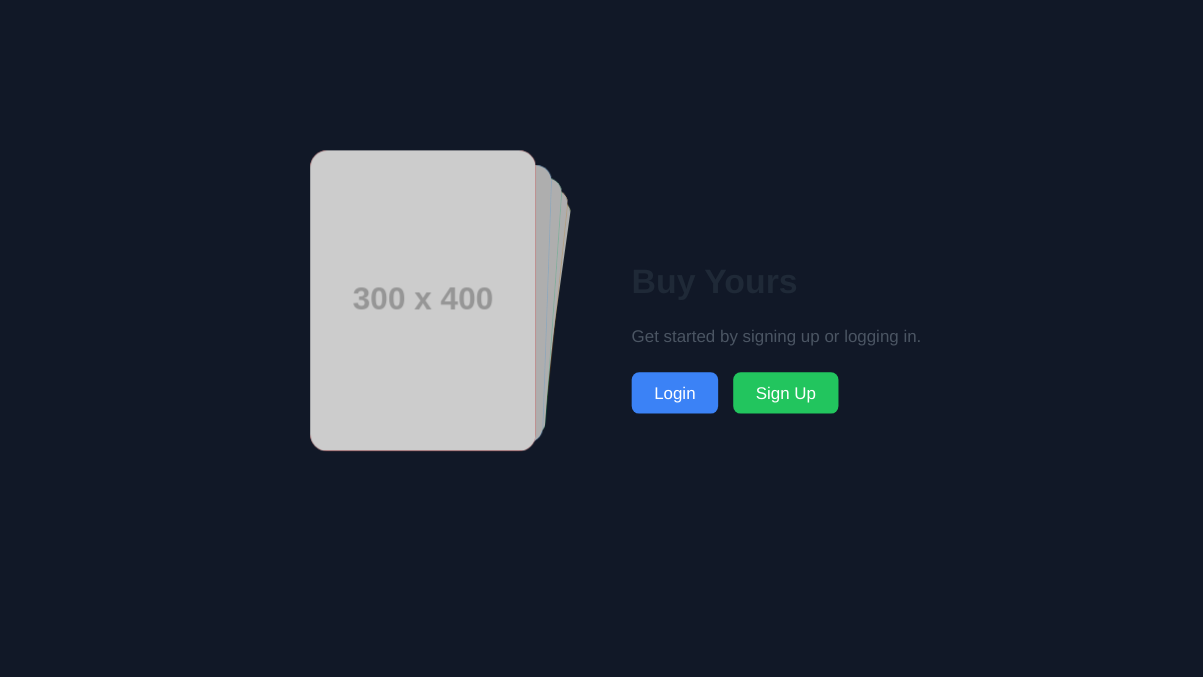
Repository: prathyushaa5/BuyYours
Page: / (app in Frontend/)
The author's editor kept a copy of each file at every save. The page is drawn from the files as they stood at one save, then again after the next save.
The browser window is 1280 px wide. The pictures show the whole page, at 94% of full size.
The project was rebuilt for these pictures with package versions that can differ from the ones it lists, and the page was loaded fresh each time. Also part of the build but not shown: Frontend/vite.config.js, Frontend/src/components/Login.jsx, Frontend/src/components/Signup.jsx, Frontend/src/components/Home.jsx.

Above is the page before, as saved 2025-02-13 16:11:05.

### Frontend/src/App.jsx
import { BrowserRouter as Router, Routes, Route } from "react-router-dom";
import { useState } from "react";
import Main from "./components/Main";
import Login from "./components/Login";
import Signup from "./components/Signup";
import Home from "./components/Home";

export default function App() {
  const [token, setToken] = useState(null);

  const handleLogin = (userToken) => {
    setToken(userToken);
  };

  return (
    <Router>
      <Routes>
        {/* Show Main page first */}
        <Route path="/" element={<Main />} />

        {/* Login Page */}
        <Route path="/login" element={<Login onLogin={handleLogin} />} />

        {/* Signup Page */}
        <Route path="/signup" element={<Signup />} />

        {/* Home Page (Protected) */}
        <Route path="/home" element={token ? <Home /> : <Login onLogin={handleLogin} />} />
      </Routes>
    </Router>
  );
}

### Frontend/src/components/Main.jsx
import { useNavigate } from "react-router-dom";
import { Swiper, SwiperSlide } from "swiper/react";
import { EffectCards } from "swiper/modules";
import "swiper/css";
import "swiper/css/effect-cards";
import "../style.css";

export default function Main() {
  const navigate = useNavigate();

  return (
    <div className="flex items-center justify-center min-h-screen bg-gray-900 p-6">
      {/* Left: Swiper Section */}
      <div className="w-[300px] h-[400px] mr-12"> {/* Increased card size */}
        <Swiper
          effect={"cards"}
          grabCursor={true}
          modules={[EffectCards]}
          className="mySwiper"
        >
          <SwiperSlide>
            <img src="https://via.placeholder.com/300x400" alt="Slide 1" className="w-full h-full object-cover rounded-lg" />
          </SwiperSlide>
          <SwiperSlide>
            <img src="https://via.placeholder.com/300x400" alt="Slide 2" className="w-full h-full object-cover rounded-lg" />
          </SwiperSlide>
          <SwiperSlide>
            <img src="https://via.placeholder.com/300x400" alt="Slide 3" className="w-full h-full object-cover rounded-lg" />
          </SwiperSlide>
          <SwiperSlide>
            <img src="https://via.placeholder.com/300x400" alt="Slide 4" className="w-full h-full object-cover rounded-lg" />
          </SwiperSlide>
          <SwiperSlide>
            <img src="https://via.placeholder.com/300x400" alt="Slide 5" className="w-full h-full object-cover rounded-lg" />
          </SwiperSlide>
        </Swiper>
      </div>

      {/* Right: Welcome Text & Buttons */}
      <div className="flex flex-col items-start ml-6">
        <h1 className="text-4xl font-extrabold text-gray-800 mb-6">
          Buy Yours
        </h1>
        <p className="text-lg text-gray-600 mb-6">
          Get started by signing up or logging in.
        </p>

        <div className="flex space-x-4">
          <button
            onClick={() => navigate("/login")}
            className="px-6 py-2 bg-blue-500 text-white text-lg rounded-lg hover:bg-blue-600 transition"
          >
            Login
          </button>
          <button
            onClick={() => navigate("/signup")}
            className="px-6 py-2 bg-green-500 text-white text-lg rounded-lg hover:bg-green-600 transition"
          >
            Sign Up
          </button>
        </div>
      </div>
    </div>
  );
}

### Frontend/src/style.css
#app { height: 100% }
html,
body {
  position: relative;
  height: 100%;
}

body {
  background: #eee;
  font-family: Helvetica Neue, Helvetica, Arial, sans-serif;
  font-size: 14px;
  color: #000;
  margin: 0;
  padding: 0;
}

body {
  background: #fff;
  font-family: Helvetica Neue, Helvetica, Arial, sans-serif;
  font-size: 14px;
  color: #000;
  margin: 0;
  padding: 0;
}

html,
body {
  position: relative;
  height: 100%;
}

#app {
  display: flex;
  justify-content: center;
  align-items: center;
}

.swiper {
  width: 240px;
  height: 320px;
}

.swiper-slide {
  display: flex;
  align-items: center;
  justify-content: center;
  border-radius: 18px;
  font-size: 22px;
  font-weight: bold;
  color: #fff;
}

.swiper-slide:nth-child(1n) {
  background-color: rgb(206, 17, 17);
}

.swiper-slide:nth-child(2n) {
  background-color: rgb(0, 140, 255);
}

.swiper-slide:nth-child(3n) {
  background-color: rgb(10, 184, 111);
}

.swiper-slide:nth-child(4n) {
  background-color: rgb(211, 122, 7);
}

.swiper-slide:nth-child(5n) {
  background-color: rgb(118, 163, 12);
}

.swiper-slide:nth-child(6n) {
  background-color: rgb(180, 10, 47);
}

.swiper-slide:nth-child(7n) {
  background-color: rgb(35, 99, 19);
}

.swiper-slide:nth-child(8n) {
  background-color: rgb(0, 68, 255);
}

.swiper-slide:nth-child(9n) {
  background-color: rgb(218, 12, 218);
}

.swiper-slide:nth-child(10n) {
  background-color: rgb(54, 94, 77);
}

Loaded but not shown: Frontend/index.html (common file); Frontend/src/main.jsx (common file); Frontend/src/index.css (common file); Frontend/tailwind.config.js (common file)

After the next save:
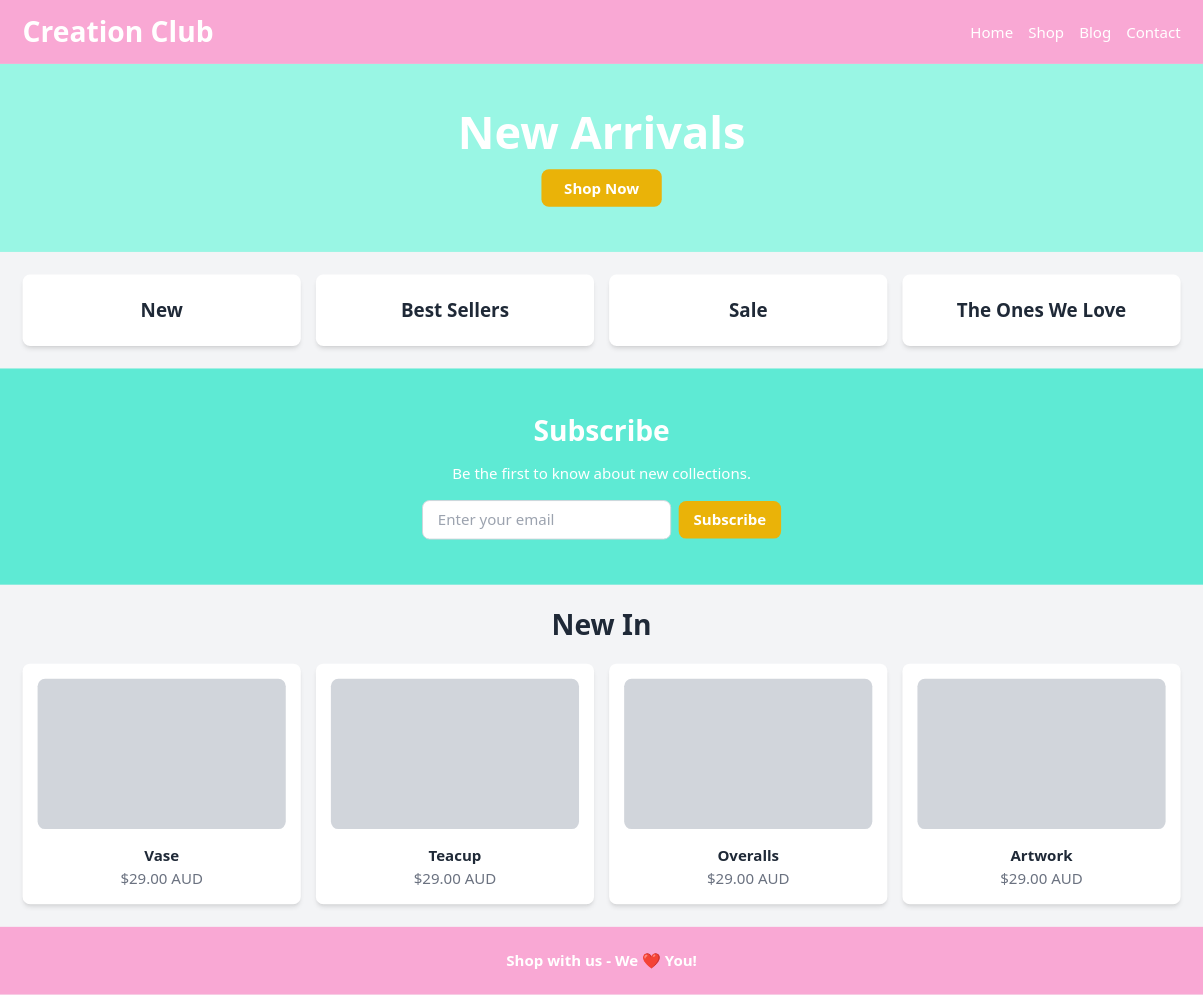
Saved 9 min 45 s later.
--- a/Frontend/src/components/Main.jsx
+++ b/Frontend/src/components/Main.jsx
@@ -1,65 +1,60 @@
-import { useNavigate } from "react-router-dom";
-import { Swiper, SwiperSlide } from "swiper/react";
-import { EffectCards } from "swiper/modules";
-import "swiper/css";
-import "swiper/css/effect-cards";
-import "../style.css";
+import React from "react";
 
-export default function Main() {
-  const navigate = useNavigate();
+export default function MainPage() {
+  return (
+    <div className="bg-gray-100 min-h-screen text-gray-800">
+      {/* Navbar */}
+      <nav className="bg-pink-300 py-4 px-6 flex justify-between items-center">
+        <h1 className="text-3xl font-bold text-white">Creation Club</h1>
+        <div className="flex space-x-4">
+          <a href="#" className="text-white">Home</a>
+          <a href="#" className="text-white">Shop</a>
+          <a href="#" className="text-white">Blog</a>
+          <a href="#" className="text-white">Contact</a>
+        </div>
+      </nav>
 
-  return (
-    <div className="flex items-center justify-center min-h-screen bg-gray-900 p-6">
-      {/* Left: Swiper Section */}
-      <div className="w-[300px] h-[400px] mr-12"> {/* Increased card size */}
-        <Swiper
-          effect={"cards"}
-          grabCursor={true}
-          modules={[EffectCards]}
-          className="mySwiper"
-        >
-          <SwiperSlide>
-            <img src="https://via.placeholder.com/300x400" alt="Slide 1" className="w-full h-full object-cover rounded-lg" />
-          </SwiperSlide>
-          <SwiperSlide>
-            <img src="https://via.placeholder.com/300x400" alt="Slide 2" className="w-full h-full object-cover rounded-lg" />
-          </SwiperSlide>
-          <SwiperSlide>
-            <img src="https://via.placeholder.com/300x400" alt="Slide 3" className="w-full h-full object-cover rounded-lg" />
-          </SwiperSlide>
-          <SwiperSlide>
-            <img src="https://via.placeholder.com/300x400" alt="Slide 4" className="w-full h-full object-cover rounded-lg" />
-          </SwiperSlide>
-          <SwiperSlide>
-            <img src="https://via.placeholder.com/300x400" alt="Slide 5" className="w-full h-full object-cover rounded-lg" />
-          </SwiperSlide>
-        </Swiper>
+      {/* Hero Section */}
+      <section className="flex flex-col items-center text-center py-12 bg-teal-200">
+        <h2 className="text-5xl font-extrabold text-white mb-4">New Arrivals</h2>
+        <button className="bg-yellow-500 px-6 py-2 text-white font-bold rounded-lg hover:bg-yellow-600">Shop Now</button>
+      </section>
+
+      {/* Categories */}
+      <div className="grid grid-cols-2 md:grid-cols-4 gap-4 p-6">
+        {['New', 'Best Sellers', 'Sale', 'The Ones We Love'].map((category, index) => (
+          <div key={index} className="bg-white p-6 text-center rounded-lg shadow-md font-bold text-xl">
+            {category}
+          </div>
+        ))}
       </div>
 
-      {/* Right: Welcome Text & Buttons */}
-      <div className="flex flex-col items-start ml-6">
-        <h1 className="text-4xl font-extrabold text-gray-800 mb-6">
-          Buy Yours
-        </h1>
-        <p className="text-lg text-gray-600 mb-6">
-          Get started by signing up or logging in.
-        </p>
+      {/* Subscribe Section */}
+      <section className="bg-teal-300 text-center py-12">
+        <h3 className="text-3xl font-extrabold text-white mb-4">Subscribe</h3>
+        <p className="text-white">Be the first to know about new collections.</p>
+        <input type="email" placeholder="Enter your email" className="mt-4 px-4 py-2 rounded-lg border border-gray-300" />
+        <button className="ml-2 bg-yellow-500 px-4 py-2 text-white font-bold rounded-lg hover:bg-yellow-600">Subscribe</button>
+      </section>
 
-        <div className="flex space-x-4">
-          <button
-            onClick={() => navigate("/login")}
-            className="px-6 py-2 bg-blue-500 text-white text-lg rounded-lg hover:bg-blue-600 transition"
-          >
-            Login
-          </button>
-          <button
-            onClick={() => navigate("/signup")}
-            className="px-6 py-2 bg-green-500 text-white text-lg rounded-lg hover:bg-green-600 transition"
-          >
-            Sign Up
-          </button>
+      {/* Products */}
+      <section className="p-6">
+        <h3 className="text-3xl font-bold text-center mb-6">New In</h3>
+        <div className="grid grid-cols-2 md:grid-cols-4 gap-4">
+          {["Vase", "Teacup", "Overalls", "Artwork"].map((product, index) => (
+            <div key={index} className="bg-white p-4 rounded-lg shadow-md text-center">
+              <div className="bg-gray-300 h-40 rounded-lg mb-4"></div>
+              <p className="font-bold">{product}</p>
+              <p className="text-gray-500">$29.00 AUD</p>
+            </div>
+          ))}
         </div>
-      </div>
+      </section>
+
+      {/* Footer */}
+      <footer className="bg-pink-300 text-center py-6 text-white font-bold">
+        Shop with us - We ❤️ You!
+      </footer>
     </div>
   );
 }
